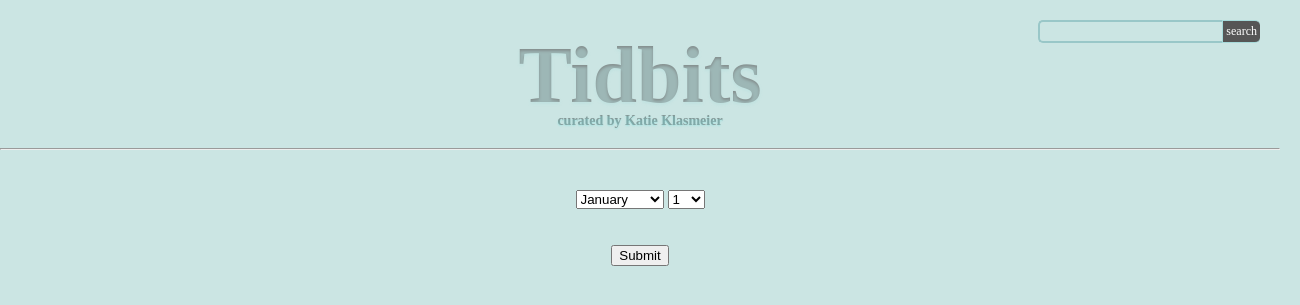
Repository: kklasmei/kklasmei.github.io
Page: tidbits/home.html
The author's editor kept a record of every edit. The page is drawn from the files as they stood at one moment, then again after the next edit.
The browser window is 1280 px wide. The page is 1300 px wide, so the pictures cover 1300 px, including what lies to the right of the window. The pictures show the whole page.

Above is the page before.

After the next edit:
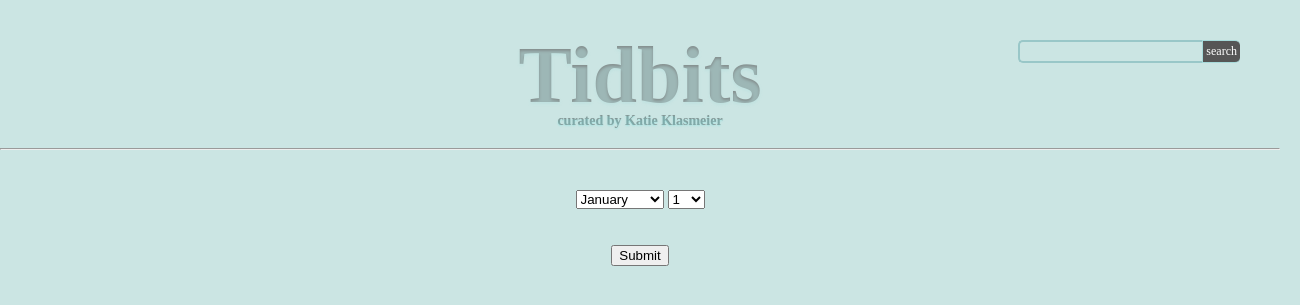
The edit:
--- a/tidbits/tidbits.css
+++ b/tidbits/tidbits.css
@@ -55,7 +55,7 @@
 
 #searchbody {
 	float: right;
-	padding: 20px;
+	padding: 40px;
 	margin-left: 50%;
     margin-bottom: -300;
 }
